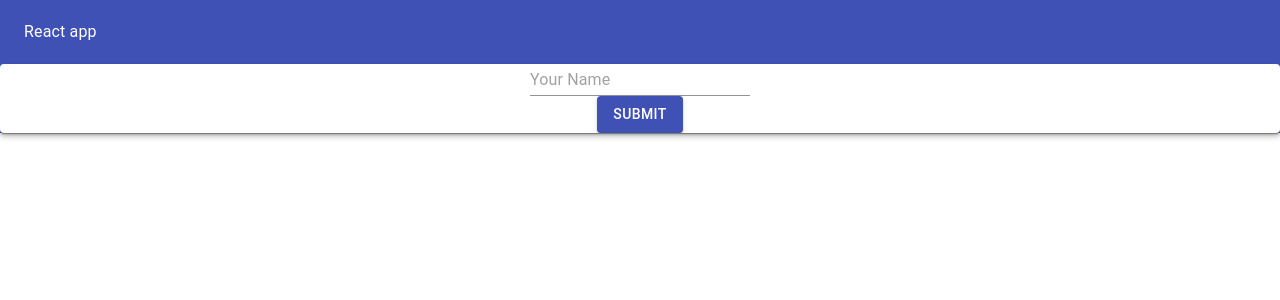
Repository: SD-Mdouka/project_step
Page: /
These files come from the project's save history. The page is drawn as it stood at one moment and after the next save; the edit follows.
The browser window is 1280 px wide. The pictures show the whole page.
The project was rebuilt for these pictures with package versions that can differ from the ones it lists, and the page was loaded fresh each time.

Above is the page before, as saved 2022-08-31 17:39:24.

### src/index.js
import React from "react";
import ReactDOM from "react-dom/client";
import "./index.css";
import App from "./App";
import { AppBar, Toolbar, Typography } from "@material-ui/core";

const root = ReactDOM.createRoot(document.getElementById("root"));
root.render(
  <React.StrictMode>
    <AppBar>
      <Toolbar>
        <Typography varient="h6">React app</Typography>
      </Toolbar>
      <App />
    </AppBar>
  </React.StrictMode>
);

### src/App.js
import { Button, Card, Container, TextField, Box } from "@material-ui/core";
import { Field, Formik, Form } from "formik";
import React, { useState } from "react";
import * as Yup from "yup";
import "./App.css";

function App() {
  return (
    <div className="App">
      <Card>
        <Container>
          <Formik
            initialValues={{ name: "", age: 18, description: "" }}
            validationSchema={Yup.object().shape({
              name: Yup.string().required("Name is required"),
              age: Yup.number().required("Age is required").min(18, "only +18"),
              description: Yup.string().min(10),
            })}
            onSubmit={(values, { setSubmitting }) => {
              setTimeout(() => {
                alert(JSON.stringify(values, null, 2));
                setSubmitting(false);
              }, 400);
            }}
          >
            {({
              values,
              errors,
              touched,
              handleChange,
              handleBlur,
              handleSubmit,
              isSubmitting,
              /* and other goodies */
            }) => (
              <Form onSubmit={handleSubmit}>
                <FormStps isSubmitting={isSubmitting}>
                  <Field
                    type="text"
                    name="name"
                    id="name"
                    onChange={handleChange}
                    onBlur={handleBlur}
                    value={values.name}
                    placeholder="Your Name"
                    component={TextField}
                    error={errors.name ? true : false}
                    helperText={errors.name && errors.name}
                  />

                  <Field
                    type="number"
                    name="age"
                    id="age"
                    onChange={handleChange}
                    onBlur={handleBlur}
                    value={values.age}
                    placeholder="Your age"
                    component={TextField}
                    error={errors.age ? true : false}
                    helperText={errors.age && errors.age}
                  />
                  <Field
                    type="text"
                    name="description"
                    id="description"
                    onChange={handleChange}
                    onBlur={handleBlur}
                    value={values.description}
                    placeholder="Description"
                    component={TextField}
                    error={errors.description ? true : false}
                    helperText={errors.description && errors.description}
                  />
                </FormStps>
              </Form>
            )}
          </Formik>
        </Container>
      </Card>
    </div>
  );
}
const FormStps = (props) => {
  const childrenArr = React.Children.toArray(props.children);
  const [step, setStep] = useState(1);
  const goBack = () => {
    setStep(step - 1);
  };
  const goNext = () => {
    setStep(step + 1);
  };
  return (
    <>
      {childrenArr[step - 1]}
      {step > 1 && (
        <Button
          disabled={props.isSubmitting}
          variant="contained"
          color="secondary"
          onClick={goBack}
        >
          Back
        </Button>
      )}
      {step > childrenArr.length && (
        <Button
          disabled={props.isSubmitting}
          variant="contained"
          onClick={goNext}
        >
          Next
        </Button>
      )}
      <br />
      <Button
        type="submit"
        disabled={props.isSubmitting}
        variant="contained"
        color="primary"
      >
        Submit
      </Button>
    </>
  );
};
export default App;

Loaded but not shown: public/index.html (common file); src/index.css (common file); src/App.css (common file)

After the next save:
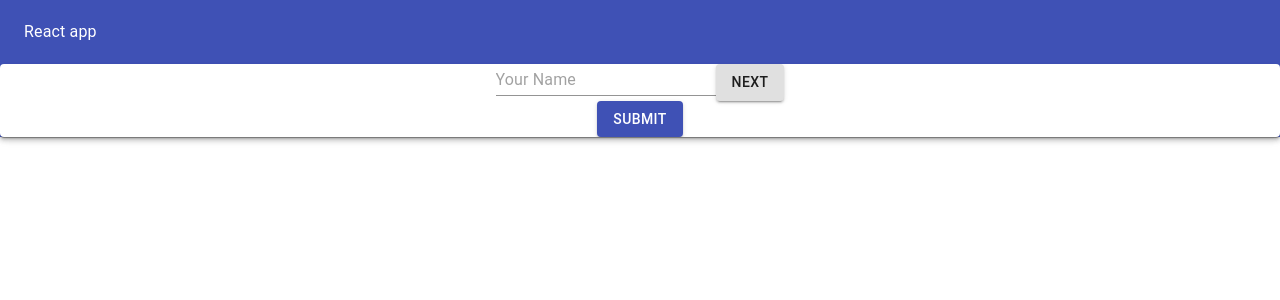
Saved 16 s later.
--- a/src/App.js
+++ b/src/App.js
@@ -103,7 +103,7 @@ const FormStps = (props) => {
           Back
         </Button>
       )}
-      {step > childrenArr.length && (
+      {step < childrenArr.length && (
         <Button
           disabled={props.isSubmitting}
           variant="contained"
